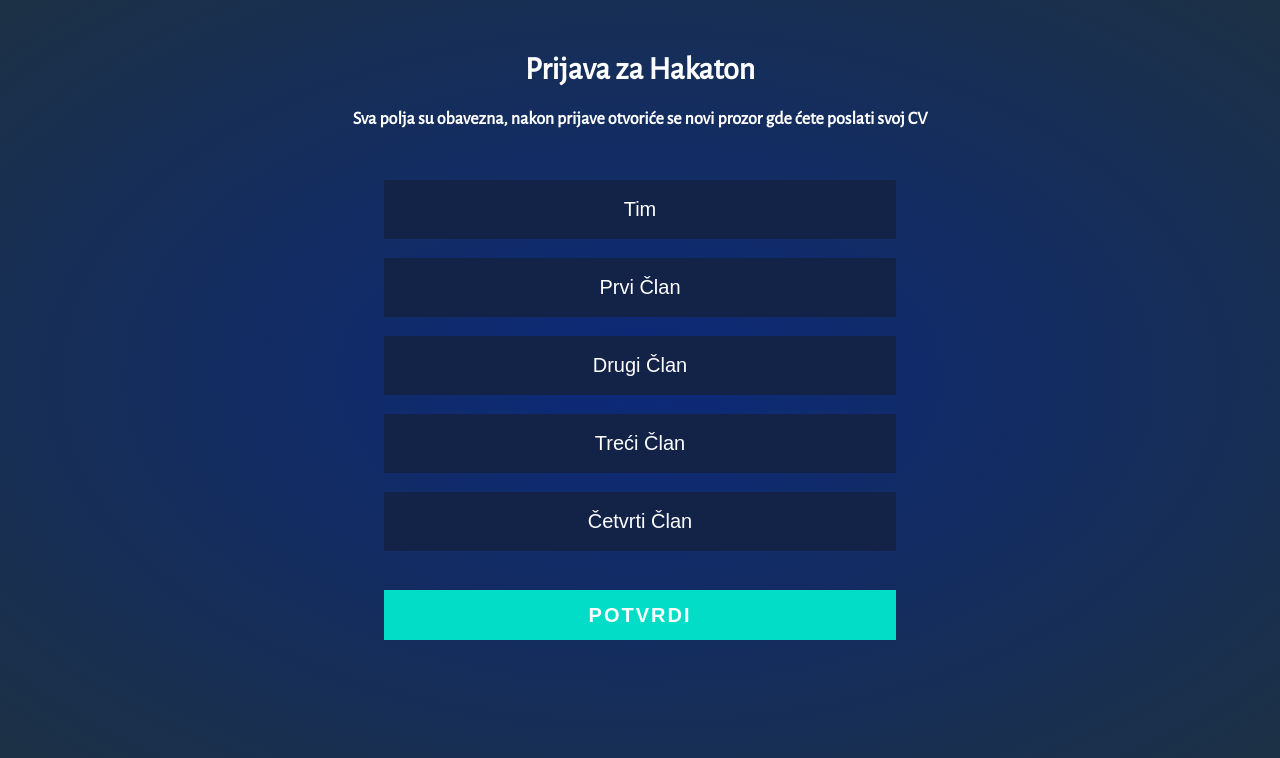
Repository: MilenaPetrovic/fonhakaton2019
Page: prijava/PrijaveHakaton.html
An editor plug-in stored every save of this project. The page is shown before and after the next save, followed by the edit.
The browser window is 1280 px wide. The pictures show the whole page.
Some web libraries are served in a nearby version.

Above is the page before, as saved 2019-02-19 17:08:37.

### prijava/PrijaveHakaton.html
<!DOCTYPE html>
<html lang="en">
<head>
    <meta charset="UTF-8">
    <meta name="viewport" content="width=device-width, initial-scale=1.0">
    <meta http-equiv="X-UA-Compatible" content="ie=edge">
    <link rel="stylesheet" href="Prijave.css">
    <link href="https://fonts.googleapis.com/css?family=Alegreya+Sans" rel="stylesheet">
    <title>Prijava</title>
</head>
<body>

<h1>Prijava za Hakaton</h1>
<h3>Sva polja su obavezna, nakon prijave otvoriće se novi prozor gde ćete poslati svoj CV</h3>

<form name="submit-to-google-sheet">
    <button type="button" class="collapsible">Tim</button>
    <div class="content">
        <div class="forma">
            <h2>Naziv tima:</h2>
            <input id="tim" name="naziv-tima" type="text" class="form-control" >
            <h2>Kako ste saznali za FON Hakaton?</h2>
            <textarea id="saznali" name="kako-ste-saznali" class="form-control" rows="3"></textarea>
            <h2>Da li ste učestvovali na sličnim takmičenjima? Ukoliko jeste, navedite na kojim i ukratko opišite iskustvo.</h2>
            <textarea id="iskustvo" name="iskustvo" class="form-control" rows="3"></textarea>
            <h2>Zašto ste se prijavili za FON Hakaton?</h2>
            <textarea id="motivacija" name="zasto-ste-se-prijavili" class="form-control" rows="4" ></textarea>
            <h2>Navedite ključnu prednost i manu tima:</h2>
            <textarea id="prednostimane" name="prednost-mana" class="form-control" rows="3" ></textarea>
        </div>
    </div><br><br>

    <button type="button" class="collapsible">Prvi Član</button>
    <div class="content">
        <div class="forma">
            <h2>Ime i prezime</h2>
            <input id="name" name="ime-prezime1" type="text" class="form-control" >
            <h2>E-mail</h2>
            <input id="email1" name="email1" type="text" class="form-control" >
            <h2>Telefon</h2>
            <input name="telefon1" type="tel" class="form-control" >
            <h2>Fakultet/Srednja škola</h2>
            <input name="faks/skola1" type="text" class="form-control" >
            <h2>Godina studija/razred</h2>
            <input name="godina1" type="number" class="form-control" >
        </div>
    </div><br><br>

    <button type="button" class="collapsible">Drugi Član</button>
    <div class="content">
        <div class="forma">
            <h2>Ime i prezime</h2>
            <input name="ime-prezime2" type="text" class="form-control" >
            <h2>E-mail</h2>
            <input id="email2" name="email2" type="text" class="form-control" >
            <h2>Telefon</h2>
            <input name="telefon2" type="tel" class="form-control" >
            <h2>Fakultet/Srednja škola</h2>
            <input name="faks/skola2" type="text" class="form-control" >
            <h2>Godina studija/razred</h2>
            <input name="godina2" type="number" class="form-control" >
        </div>
    </div><br><br>

    <button type="button" class="collapsible">Treći Član</button>
    <div class="content">
        <div class="forma">
            <h2>Ime i prezime</h2>
            <input name="ime-prezime3" type="text" class="form-control" >
            <h2>E-mail</h2>
            <input id="email3" name="email3" type="email" class="form-control" >
            <h2>Telefon</h2>
            <input name="telefon3" type="tel" class="form-control" >
            <h2>Fakultet/Srednja škola</h2>
            <input name="faks/skola3" type="text" class="form-control" >
            <h2>Godina studija/razred</h2>
            <input name="godina3" type="number" class="form-control" >
        </div>
    </div><br><br>

    <button type="button" class="collapsible">Četvrti Član</button>
    <div class="content">
        <div class="forma">
            <h2>Ime i prezime</h2>
            <input name="ime-prezime4" type="text" class="form-control" >
            <h2>E-mail</h2>
            <input id="email4" name="email4" type="text" class="form-control" >
            <h2>Telefon</h2>
            <input name="telefon4" type="tel" class="form-control" >
            <h2>Fakultet/Srednja škola</h2>
            <input name="faks/skola4" type="text" class="form-control" >
            <h2>Godina studija/razred</h2>
            <input name="godina4" type="number" class="form-control" >
        </div>
    </div><br><br>

    <button id="dugme" type="submit" class="form-control submit" onclick="prijava();">POTVRDI</button>
    <h1 id="potvrda"></h1>
    <br><br>

</form>
<script src="https://code.jquery.com/jquery-2.1.1.min.js"></script>
<script src="PrijaveHakaton.js"></script>
<script>

function potvrda(){
    const scriptURL = 'https://script.google.com/macros/s/AKfycbxgH_Xq8de0HcJXcIGQgc8PqAEDzfhfFnNWLrZrLLU_c_zkAV9A/exec'
	const form = document.forms['submit-to-google-sheet']
	form.addEventListener("submit", e => {
		e.preventDefault()
		fetch(scriptURL, { method: 'POST', body: new FormData(form) })
			.then(response => console.log('Success!', response))
			.catch(error => console.error('Error!', error.message))
	})
}

function prijava(){
    if(document.getElementById("email1").value != '' &&
       document.getElementById("email2").value != '' &&
       document.getElementById("email3").value != '' &&
       document.getElementById("ime-prezime1").value != '' &&
       document.getElementById("ime-prezime2").value != '' &&
       document.getElementById("ime-prezime3").value != '' &&
       document.getElementById("telefon1").value != '' &&
       document.getElementById("telefon2").value != '' &&
       document.getElementById("telefon3").value != '' &&
       document.getElementById("faks/skola1").value != '' &&
       document.getElementById("faks/skola2").value != '' &&
       document.getElementById("faks/skola3").value != '' &&
       document.getElementById("godina1").value != '' &&
       document.getElementById("godina2").value != '' &&
       document.getElementById("godina3").value != '' &&
       document.getElementById("tim").value != '' &&
       document.getElementById("saznali").value != '' &&
       document.getElementById("iskustvo").value != '' &&
       document.getElementById("motivacija").value != '' &&
       document.getElementById("prednostimane").value != ''){
        potvrda();
        document.getElementById("potvrda").innerHTML ="Uspešno ste se prijavili";
        window.open('https://driveuploader.com/upload/37qMAd4w9h/');
        document.getElementById('dugme').style.display = 'none'
    } else{
        event.preventDefault();
        alert('Popunite sva polja');
    }
}

</script>

</body>
</html>

### prijava/Prijave.css
body{
    margin: 0;
    padding: 0;
    text-align: center;
    background-size: cover;
    background-position: center;
    font-family: 'Alegreya Sans', sans-serif;

    background-image: url(/img/Pozadina-12-12.jpg);
    background-repeat: no-repeat;

    background:
    radial-gradient(
        #0C297A,
        #1C3144
    );
}

textarea {
    resize: none;
    padding-left: 10px;
    padding-right: 10px;
    font-family: 'Alegreya Sans', sans-serif;
}

h1{
    margin-bottom: 20px;
    margin-top: 50px;
    color: #fff;
}

.form-control
{
    width: 600px;
    background: #02ddc74b;
    outline: none;
    border: 1px solid #02ddc8;
    color: #fff;
    font-size: 18px;
}

input
{
    height: 40px;
    padding-left: 10px;
    padding-right: 10px;
}

form .submit
{
    background: #02ddc8;
    border-color: transparent;
    color: #fff;
    font-size: 20px;
    font-weight: bold;
    letter-spacing: 2px;
    height: 50px;
    width: 40%;
    margin-top: 20px;
    margin-bottom: 30px;
}

form .submit:hover
{
    background-color: #01a595;
    cursor: pointer;
    transition: 0.2s;
}

h2 {
    font-size: 20px;
    color: #fff;
}

h3 {
    font-size: 18px;
    color: #fff;
    margin-bottom: 50px;
    margin-left: 20px;
    margin-right: 20px;
}

::placeholder {
    color: #02ddc8;
    font-family: 'Alegreya Sans', sans-serif;
}

.forma {
    width: 625px;
    text-align: left;
    margin: auto;
}

.cv {
    display: inline-block;
    padding: 6px 12px;
    cursor: pointer;
    background: #02ddc74b;
    outline: none;
    border: 1px solid #02ddc8;
    color: #fff;
    font-size: 18px;
}

.collapsible {
    background-color: #132348;
    color: white;
    cursor: pointer;
    padding: 18px;
    width: 40%;
    border: none;
    outline: none;
    font-size: 20px;
  }

.active, .collapsible:hover {
    background-color: #02ddc8;
    transition: 0.3s;
}

.content {
padding: 0 18px;
display: none;
overflow: hidden;
}

@media (max-width: 650px){

.content{
    width: 300px;
    padding: 0%;
    margin: auto;
}

h1{
    font-size: 25px;
}

h2{
    width: 300px;
    font-size: 17px;
}

.form-control, input{
    width: 285px;
    font-size: 15px;
    height: 30px;
    padding: 5px;
}

.collapsible, .submit {
    width: 300px;
    font-size: 17px;
    padding: 10px;;
}

h3{
    font-size: 15px;
}

}

### prijava/PrijaveHakaton.js
$(function () {
	//COLLAPSIBLE

	var coll = document.getElementsByClassName("collapsible");
	var i;
	var l;

	for (i = 0; i < coll.length; i++) {
		coll[i].addEventListener("click", function() {
		this.classList.toggle("active");
		var content = this.nextElementSibling;
		if (content.style.display === "block") {
			content.style.display = "none";
		} else {
			for (l =0 ; l < coll.length; l++){
				var cont = coll[l].nextElementSibling;
				cont.style.display = 'none'
			}
			content.style.display = "block";
		}
		});
	}

});

After the next save:
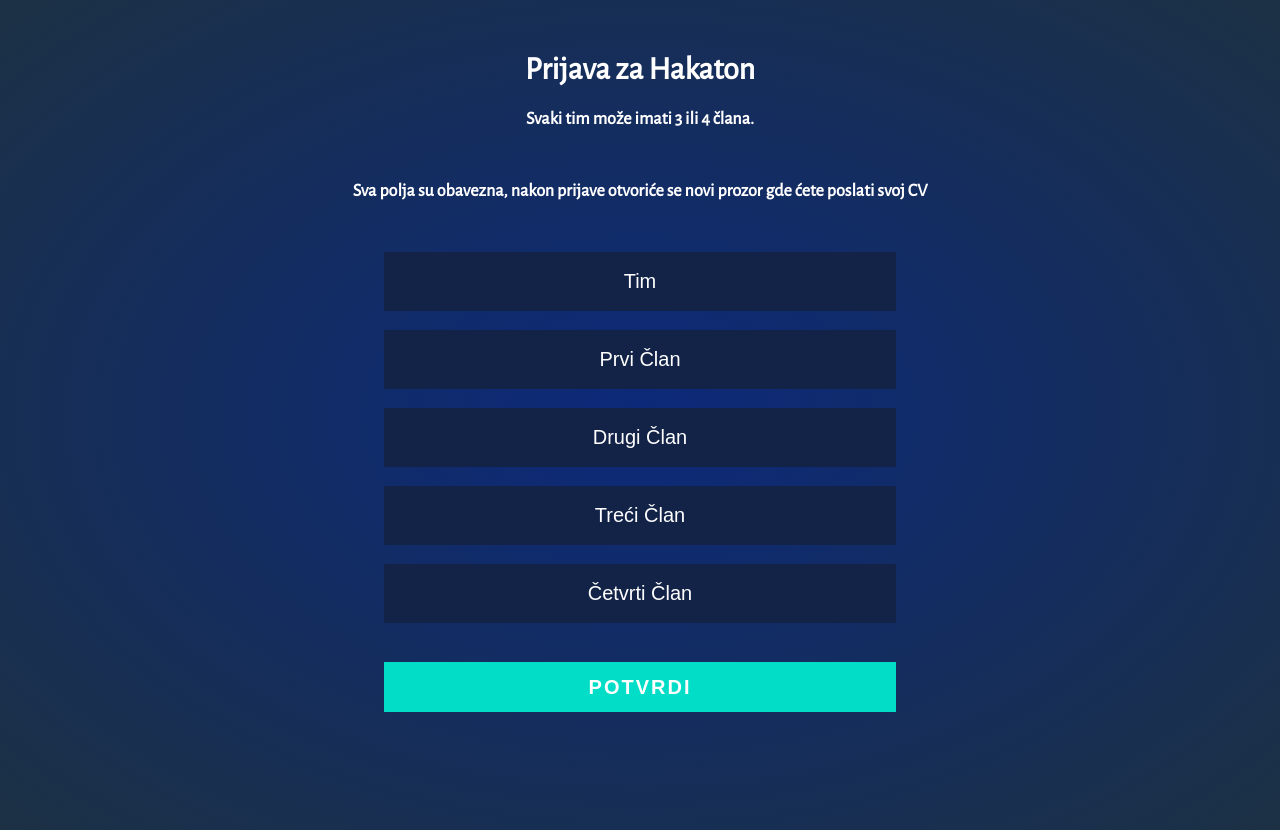
Saved 29 s later.
--- a/prijava/PrijaveHakaton.html
+++ b/prijava/PrijaveHakaton.html
@@ -11,6 +11,7 @@
 <body>
 
 <h1>Prijava za Hakaton</h1>
+<h3>Svaki tim može imati 3 ili 4 člana.</h3>
 <h3>Sva polja su obavezna, nakon prijave otvoriće se novi prozor gde ćete poslati svoj CV</h3>
 
 <form name="submit-to-google-sheet">
